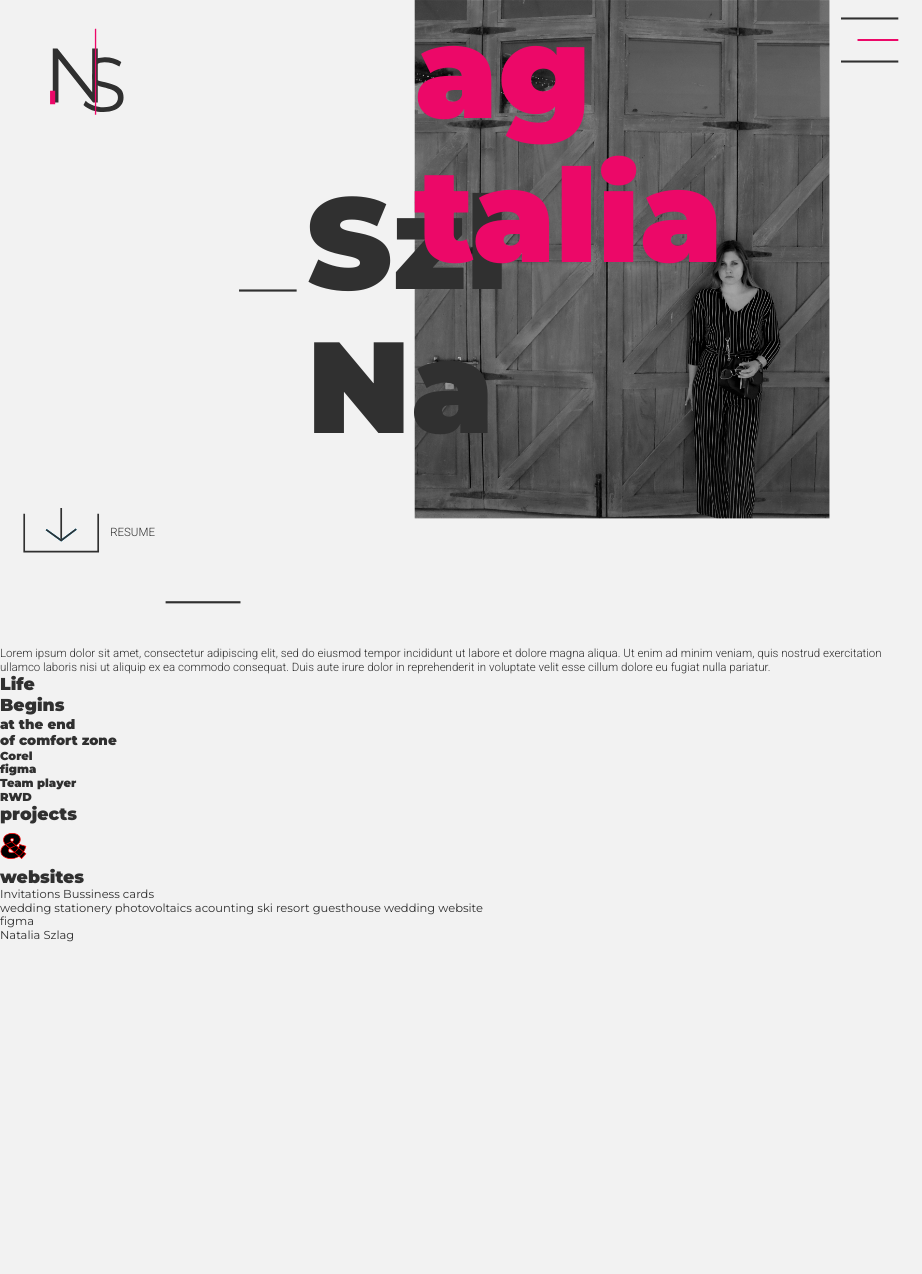
Repository: nataliaszlag/portfolio3
Page: index.html
An editor plug-in stored every save of this project. The page is shown before and after a run of saves, followed by the edit.
The browser window is 1280 px wide. The pictures show the whole page, at 72% of full size.
The style sheet was rebuilt from its Sass, Less or Tailwind sources for each picture, by a compiler version that may differ from the author's.

Above is the page before, as saved 2020-09-26 20:17:41.

After the next 2 saves:
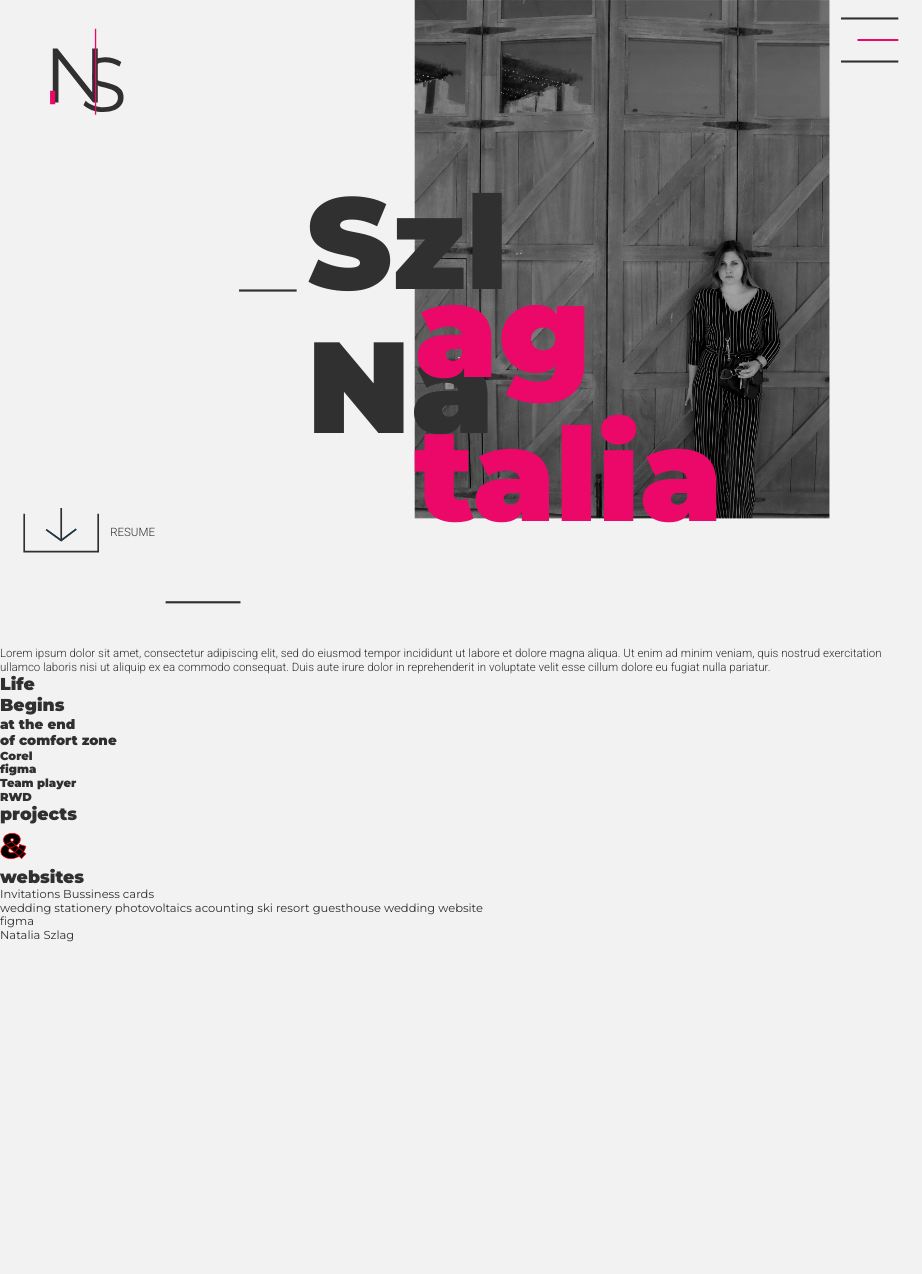
The 2 saves are shown as one change because they came seconds apart.
The last was saved 14 s later.
--- a/scss/style.scss
+++ b/scss/style.scss
@@ -71,7 +71,7 @@ body{
 .h1-name-2{
     position: absolute;
     left: 45%;
-
+    top:50%;
     display: inline-block;
     font-weight: 900;
     font-size: 180px;
